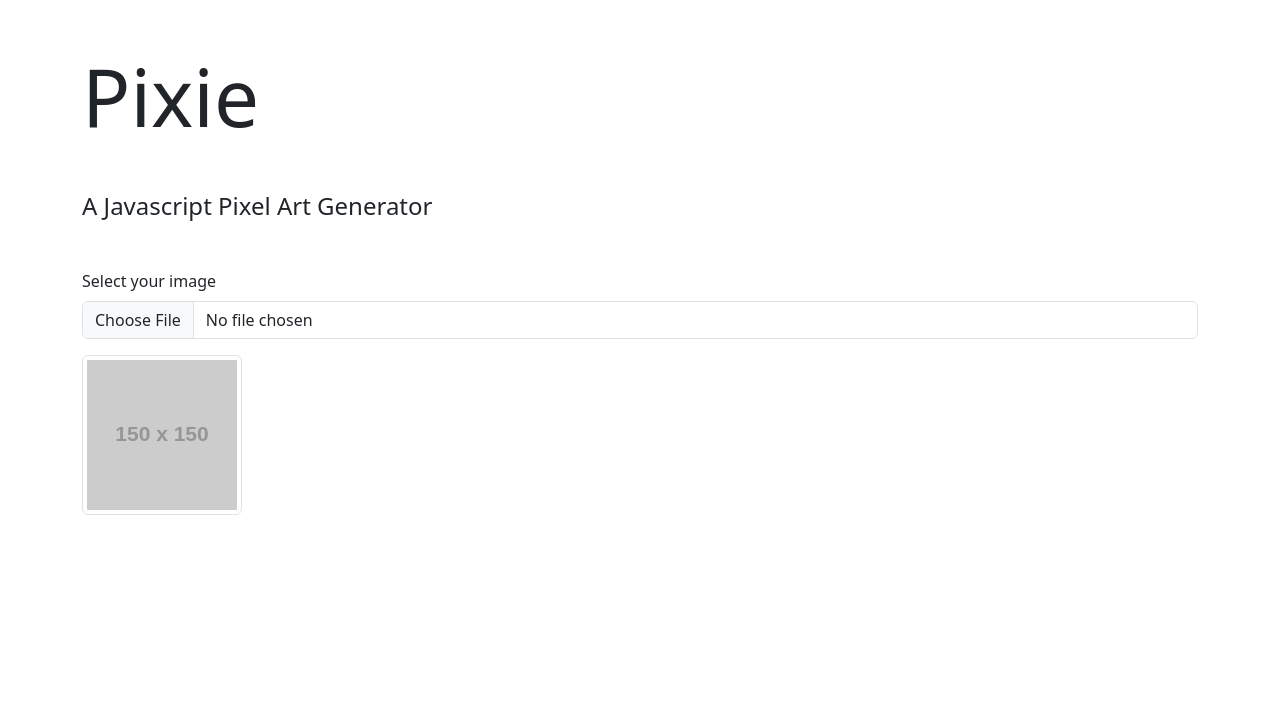
Repository: BigEmperor26/Pixie
Page: index.html
These files come from the project's save history. The page is drawn as it stood at one moment and after the next save; the edit follows.
The browser window is 1280 px wide. The pictures show the whole page.

Above is the page before, as saved 2023-12-08 15:11:34.

### index.html
<!doctype html>
<html lang="en">
  <head>
    <meta charset="utf-8">
    <meta name="viewport" content="width=device-width, initial-scale=1">
    <title>Pixie</title>
    <link href="https://cdn.jsdelivr.net/npm/bootstrap@5.3.2/dist/css/bootstrap.min.css" rel="stylesheet" integrity="sha384-T3c6CoIi6uLrA9TneNEoa7RxnatzjcDSCmG1MXxSR1GAsXEV/Dwwykc2MPK8M2HN" crossorigin="anonymous">
  </head>
  <body>
    <div class="container">
    <p class="h1 my-5 display-1">Pixie</p>
    <p class="h4 my-5 disabled">A Javascript Pixel Art Generator</p>
    <div class="my-3">
        <label for="formFile" class="form-label">Select your image</label>
        <input class="form-control" type="file" id="fileInput" onchange="console.log('changed')">
    </div>
    <div class="my-3">
        <img src="https://via.placeholder.com/150" class="img-thumbnail" alt="..." onclick="" id="imageSrc">
    </div>
  <!-- Content here -->
    </div>
    <script src="https://cdn.jsdelivr.net/npm/bootstrap@5.3.2/dist/js/bootstrap.bundle.min.js" integrity="sha384-C6RzsynM9kWDrMNeT87bh95OGNyZPhcTNXj1NW7RuBCsyN/o0jlpcV8Qyq46cDfL" crossorigin="anonymous"></script>
    <script type="text/javascript">
        let imgElement = document.getElementById("imageSrc")
        let inputElement = document.getElementById("fileInput");
        inputElement.addEventListener("change", (e) => {
          imgElement.src = URL.createObjectURL(e.target.files[0]);
        }, false);
        </script>
  </body>
</html>

After the next save:
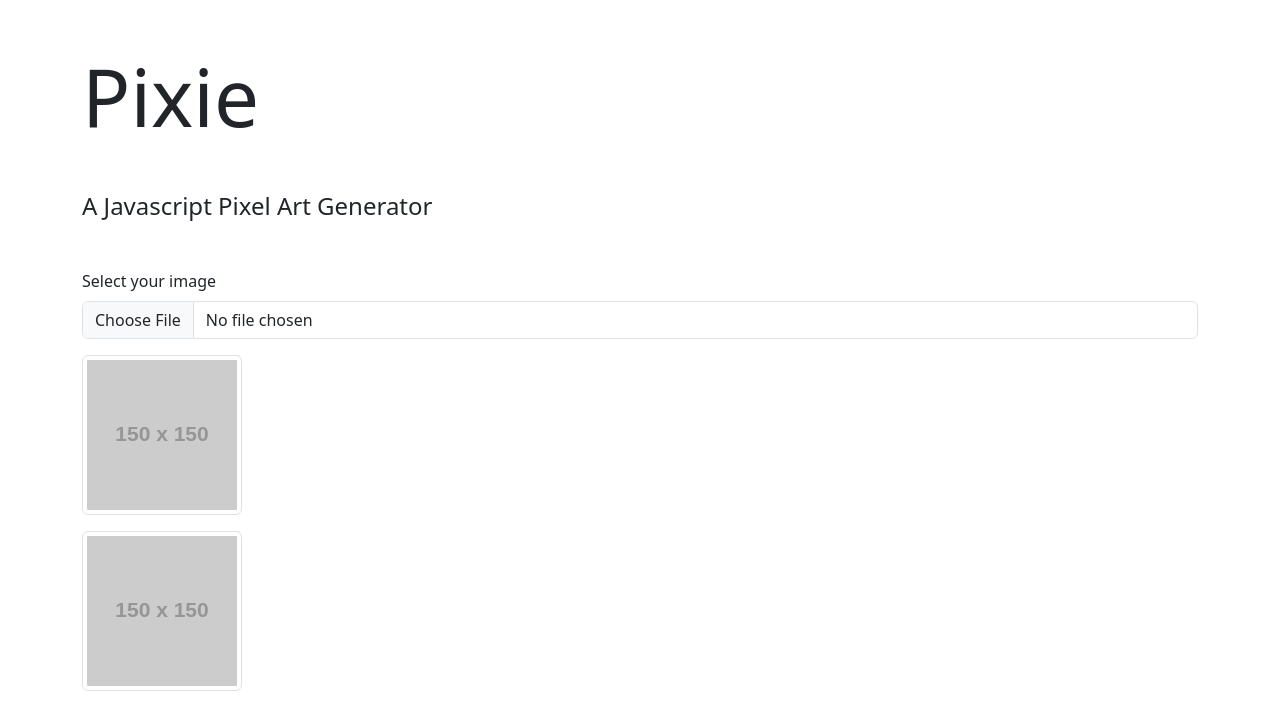
Saved 24 s later.
--- a/index.html
+++ b/index.html
@@ -18,6 +18,9 @@
         <img src="https://via.placeholder.com/150" class="img-thumbnail" alt="..." onclick="" id="imageSrc">
     </div>
   <!-- Content here -->
+    <div class="my-3">
+        <img src="https://via.placeholder.com/150" class="img-thumbnail" alt="..." onclick="" id="imageSrc">
+    </div>
     </div>
     <script src="https://cdn.jsdelivr.net/npm/bootstrap@5.3.2/dist/js/bootstrap.bundle.min.js" integrity="sha384-C6RzsynM9kWDrMNeT87bh95OGNyZPhcTNXj1NW7RuBCsyN/o0jlpcV8Qyq46cDfL" crossorigin="anonymous"></script>
     <script type="text/javascript">
